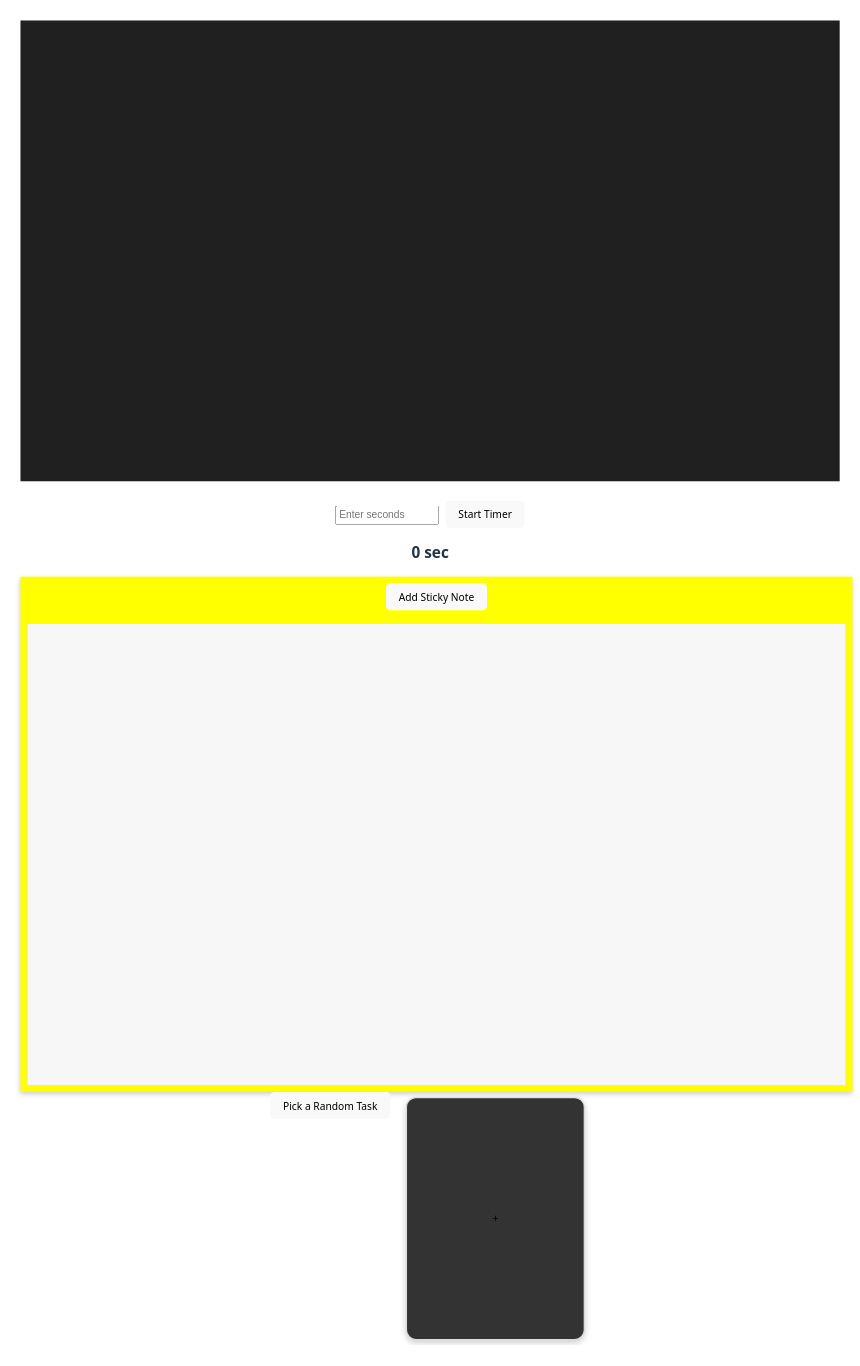
Repository: RamSivaSundaraKarthykeyan/Cards-Task
Page: /
An editor plug-in stored every save of this project. The page is shown before and after the next save, followed by the edit.
The browser window is 1280 px wide. The page is 1344 px wide, so the pictures cover 1344 px, including what lies to the right of the window. The pictures show the whole page, at 64% of full size.
The project was rebuilt for these pictures with package versions that can differ from the ones it lists, and the page was loaded fresh each time. Also part of the build but not shown: vite.config.js, src/CSS/checkBox.css, src/components/CheckBox.jsx, src/CSS/TaskCard.css, src/components/TaskCard.jsx.

Above is the page before, as saved 2025-04-16 19:38:03.

After the next save:
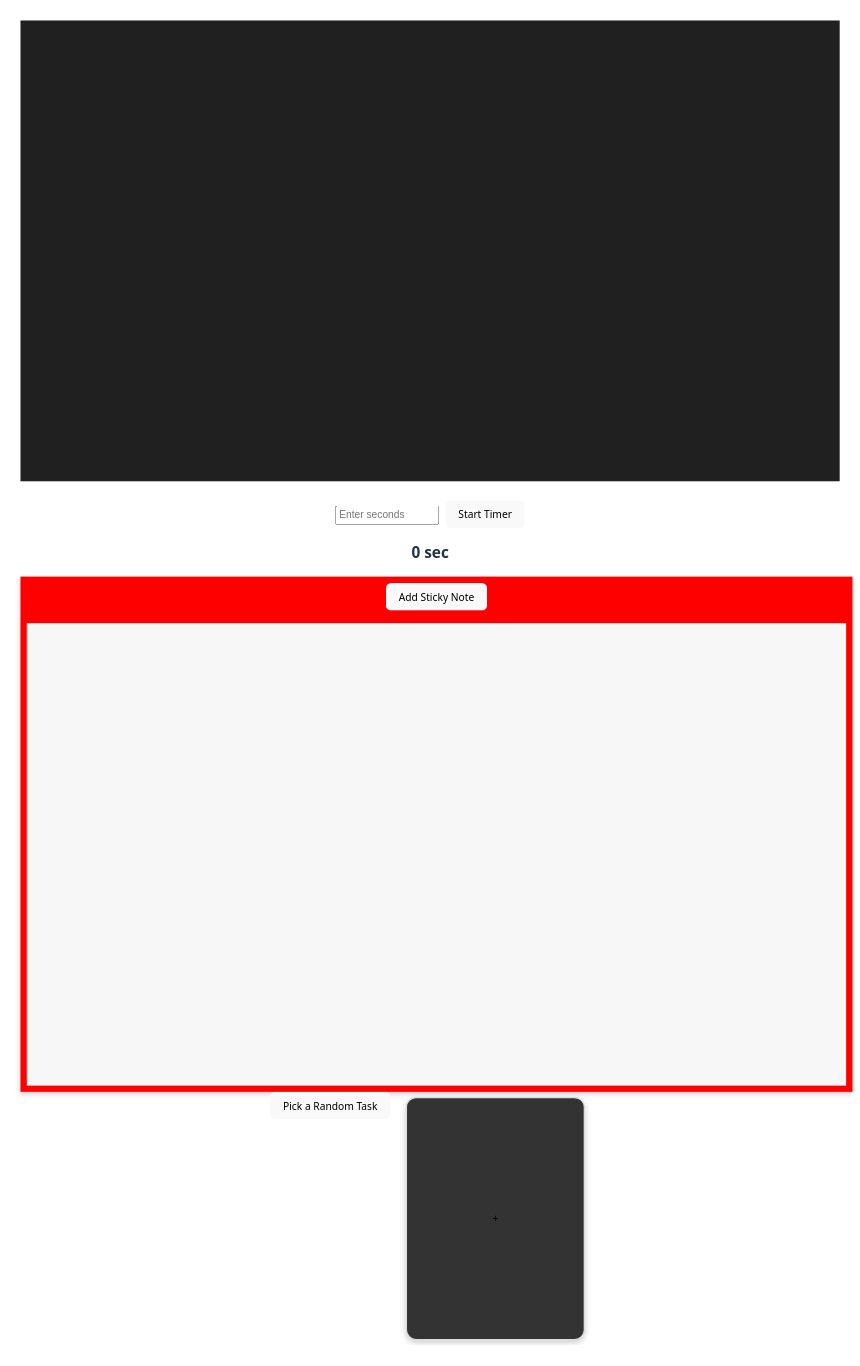
Saved 82 s later.
--- a/src/CSS/App.css
+++ b/src/CSS/App.css
@@ -65,7 +65,7 @@
   width: 200px;
   /* Or any narrower size */
   min-height: 150px;
-  background: yellow;
+  background: rgb(255, 0, 0);
   /* The note’s color */
   padding: 10px;
   box-shadow: 0 4px 8px rgba(0, 0, 0, 0.2);
@@ -80,6 +80,6 @@
   border: none;
   resize: none;
   outline: none;
-  color: #000;
+  color: #000000;
   font-size: 14px;
 }
